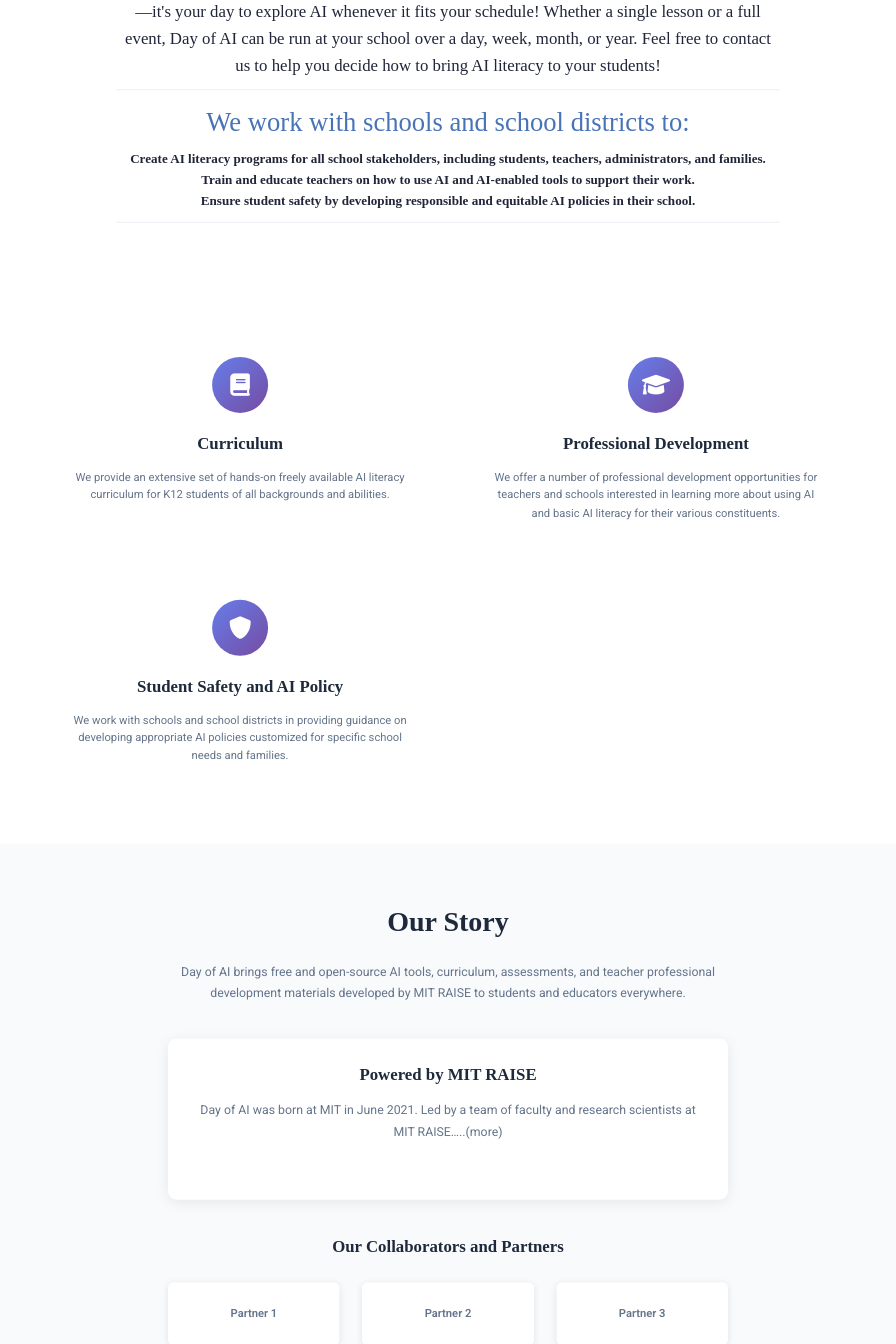
Repository: dinhtri123/dayofai
Page: index.html
An editor plug-in stored every save of this project. The page is shown before and after the next save, followed by the edit.
The browser window is 1280 px wide. The pictures show the part of the page from y = 807 to 2727 px (the page is 3692 px tall before and 4196 px after), at 70% of full size.
A picture or video elsewhere on the page could not be fetched, so the positions and the page height are approximate. Some web fonts or font styles are not loaded; a fallback is used.

Above is the page before, as saved 2025-06-29 08:47:06.

After the next save:
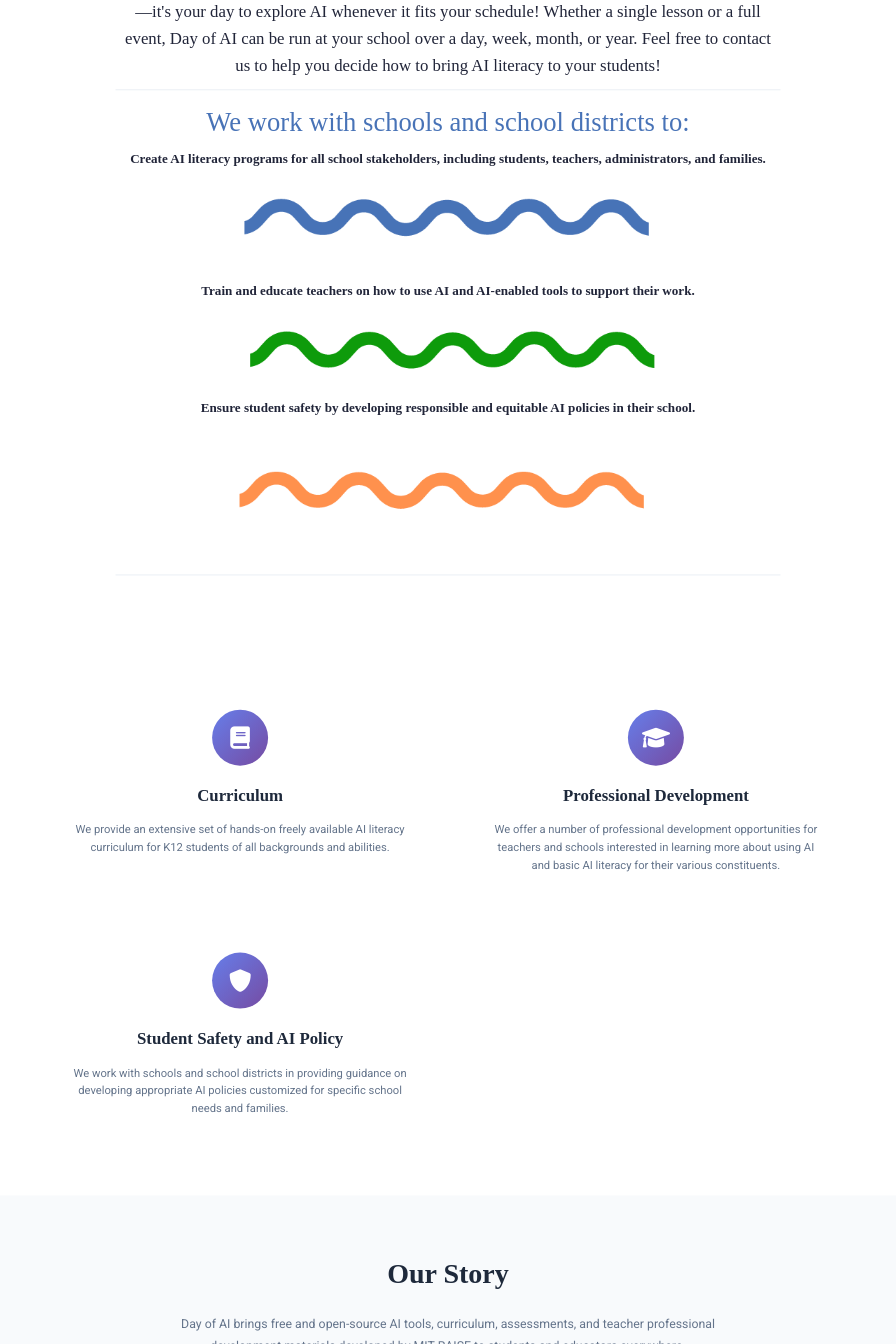
Saved 51 s later.
--- a/index.html
+++ b/index.html
@@ -120,13 +120,15 @@
                 <h3>Create AI literacy programs for all school stakeholders, including students, teachers,
                   administrators,
                   and families.</h3>
-
+                  <img src="./images/line1.webp" alt="">
               </div>
               <div class="service-card">
                 <h3>Train and educate teachers on how to use AI and AI-enabled tools to support their work.</h3>
+                <img src="./images/line2.webp" alt="">
               </div>
               <div class="service-card">
                 <h3>Ensure student safety by developing responsible and equitable AI policies in their school.</h3>
+                <img src="./images/line3.webp" alt="">
               </div>
             </div>
           </div>
